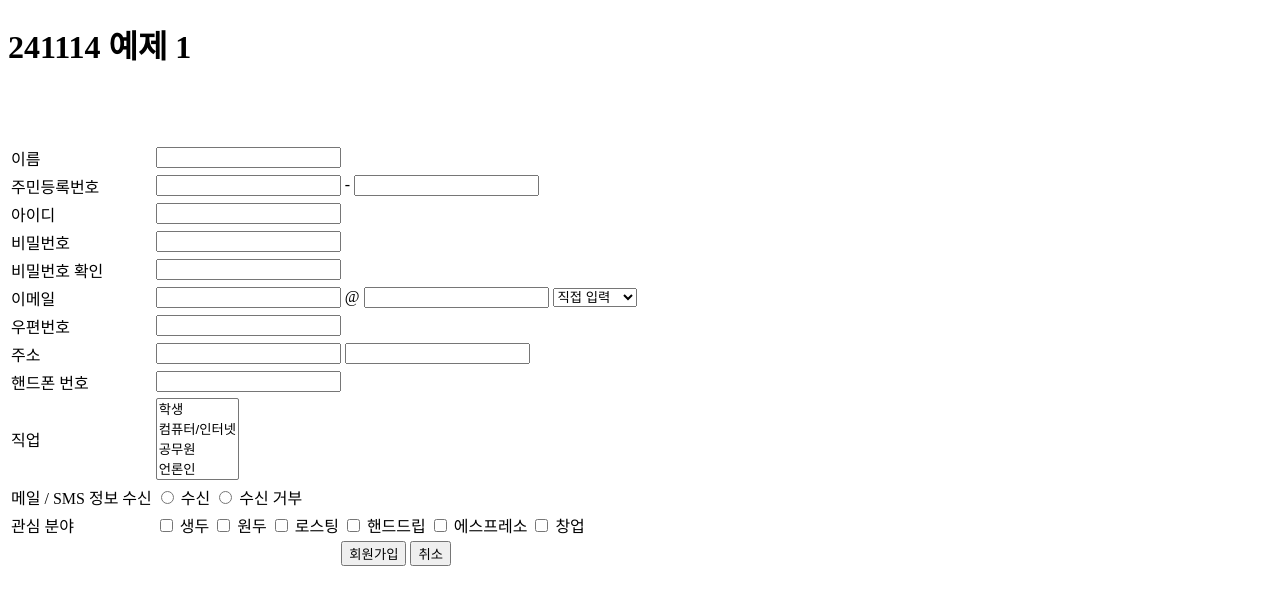
Repository: jsunnypi/JSP
Page: http://localhost/Test/inputForm.jsp
These files come from the project's save history. The page is drawn as it stood at one moment and after the next save; the edit follows.
The browser window is 1280 px wide. The pictures show the whole page.
The page is served by Tomcat 9.

Above is the page before, as saved 2024-11-14 05:13:20.

### Test/src/main/webapp/inputForm.jsp
<%@ page language="java" contentType="text/html; charset=UTF-8"
    pageEncoding="UTF-8"%>
<!DOCTYPE html>
<html>
<head>
<meta charset="UTF-8">
<title>Insert title here</title>
</head>
<body>
	<h1>241114 예제 1</h1>
	<form method="post" action="inputlist.jsp">
		<table>
			<tr>
				<td> 이름 </td>
				<td>
					<input type="text" name="name" >
				</td>
			</tr>

			<tr>
				<td> 주민등록번호 </td>
				<td>
					<input type="text" name="bd">
				-
					<input type="password" name="bd" >
				</td>
			</tr>

			<tr>
				<td> 아이디 </td>
				<td>
					<input type="text" name="id" >
				</td>
			</tr>

			<tr>
				<td> 비밀번호 </td>
				<td>
					<input type="password" name="pw" >
				</td>
			</tr>

			<tr>
				<td> 비밀번호 확인 </td>
				<td>
					<input type="password" name="pwcheck" >
				</td>
			</tr>

			<tr>
				<td> 이메일 </td>
				<td>
					<input type="text" name="email" >
				 @
					<input type="text" name="com" >

					<select id="email" name="com" size="1">
						<option value="직접">직접 입력</option>
						<option value="네이버">naver.com</option>
						<option value="다음">daum.net</option>
						<option value="구글">gmail.com</option>
						<option value="네이트">nate.com</option>
					</select>
				</td>
			</tr>

			<tr>
				<td> 우편번호 </td>
				<td>
					<input type="text" name="postnumber" >
				</td>
			</tr>

			<tr>
				<td> 주소 </td>
				<td>
					<input type="text" name="addr" >

					<input type="text" name="addr2" >
				</td>
			</tr>

			<tr>
				<td> 핸드폰 번호 </td>
				<td>
					<input type="text" name="phone" >
				</td>
			</tr>

			<tr>
				<td> 직업 </td>
				<td>
					<select size="4">
						<option value="학생">학생</option>
						<option value="컴퓨터/인터넷">컴퓨터/인터넷</option>
						<option value="공무원">공무원</option>
						<option value="언론인">언론인</option>

					</select>
				</td>
			</tr>

			<tr>
				<td> 메일 / SMS 정보 수신</td>
				<td>
					<input type="radio" name="agree" value="ok"> 수신
					<input type="radio" name="agree" value="no"> 수신 거부
				</td>
			</tr>

			<tr>
				<td> 관심 분야 </td>
				<td>
					<input type="checkbox" name="interest" value="1"> 생두
					<input type="checkbox" name="interest" value="2"> 원두
					<input type="checkbox" name="interest" value="3"> 로스팅
					<input type="checkbox" name="interest" value="4"> 핸드드립
					<input type="checkbox" name="interest" value="5"> 에스프레소
					<input type="checkbox" name="interest" value="6"> 창업
				</td>
			</tr>

			<br>
			<br>
			<br>

			<tr>
				<td></td>
				<td align="center">
					<input type="submit" value="회원가입" >

					<input type="reset" value="취소">
				</td>
			</tr>





















		</table>

	</form>

</body>
</html>

After the next save:
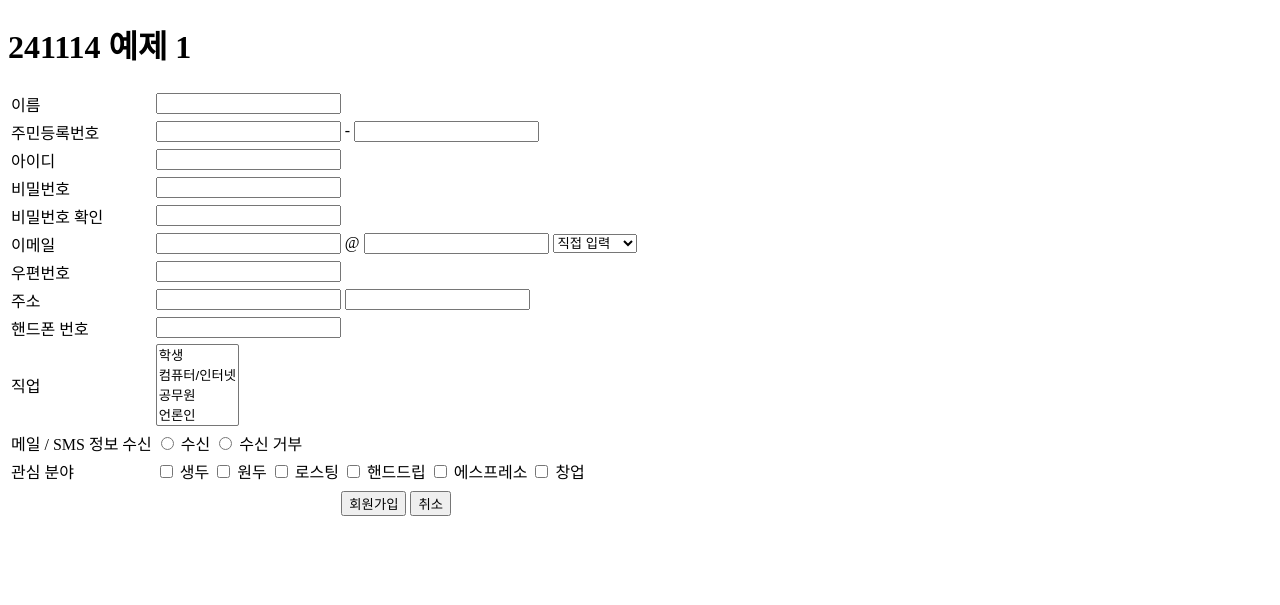
Saved 13 s later.
--- a/Test/src/main/webapp/inputForm.jsp
+++ b/Test/src/main/webapp/inputForm.jsp
@@ -120,9 +120,8 @@
 				</td>
 			</tr>
 
-			<br>
-			<br>
-			<br>
+			<tr></tr>
+			<tr></tr>
 
 			<tr>
 				<td></td>
